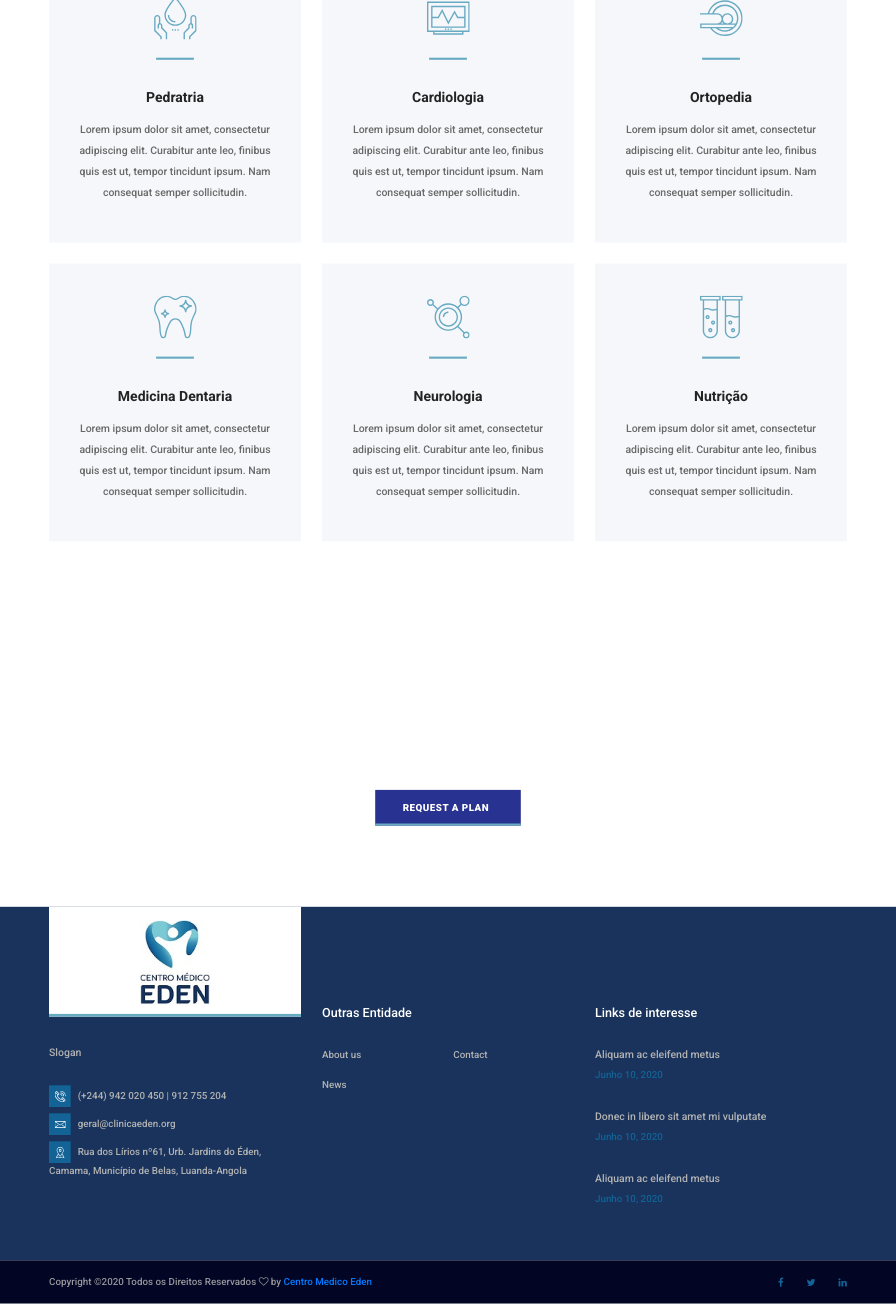
Repository: Nanitamo/centro-medico-eden-webpage
Page: index.html
These files come from the project's save history. The page is drawn as it stood at one moment and after the next save; the edit follows.
The browser window is 1280 px wide. The pictures show the part of the page from y = 2108 to 4028 px (the page is 3971 px tall before and 4028 px after), at 70% of full size.

Above is the page before, as saved 2020-06-18 17:24:50.

### index.html
<!DOCTYPE html>
<html lang="pt">
<head>
<title>Centro Médico Eden</title>
<meta charset="utf-8">
<meta http-equiv="X-UA-Compatible" content="IE=edge">
<meta name="description" content="CareMed demo project">
<meta name="viewport" content="width=device-width, initial-scale=1">
<link rel="stylesheet" type="text/css" href="styles/bootstrap4/bootstrap.min.css">
<link href="plugins/font-awesome-4.7.0/css/font-awesome.min.css" rel="stylesheet" type="text/css">
<link rel="stylesheet" type="text/css" href="plugins/OwlCarousel2-2.2.1/owl.carousel.css">
<link rel="stylesheet" type="text/css" href="plugins/OwlCarousel2-2.2.1/owl.theme.default.css">
<link rel="stylesheet" type="text/css" href="plugins/OwlCarousel2-2.2.1/animate.css">
<link rel="stylesheet" type="text/css" href="styles/main_styles.css">
<link rel="stylesheet" type="text/css" href="styles/responsive.css">
</head>
<body>

<div class="super_container">

	<!-- Header -->

	<header class="header trans_200">

		<!-- Top Bar -->
		<div class="top_bar">
			<div class="container">
				<div class="row">
					<div class="col">
						<div class="top_bar_content d-flex flex-row align-items-center justify-content-start">
							<!-- <div class="top_bar_item"><a href="#">FAQ</a></div>
							<div class="top_bar_item"><a href="#">Request an Appointment</a></div> -->
							<div class="emergencies  d-flex flex-row align-items-center justify-content-start ml-auto">Emergencias: (+244) 942 020 450</div>
						</div>

					</div>
				</div>
			</div>
		</div>

		<!-- Header Content -->
		<div class="header_container">
			<div class="container">
				<div class="row">
					<div class="col">
						<div class="header_content d-flex flex-row align-items-center justify-content-start">
							<nav class="main_nav ml-auto">
								<ul>
									<li><a href="index.html">Home</a></li>
									<li><a href="about.html">Sobre Nos</a></li>
									<li><a href="services.html">Serviços</a></li>
									<li><a href="news.html">News</a></li>
									<li><a href="contact.html">Contactos</a></li>
								</ul>
							</nav>
							<div class="hamburger ml-auto"><i class="fa fa-bars" aria-hidden="true"></i></div>
						</div>
					</div>
				</div>
			</div>
		</div>

		<!-- Logo -->
		<div class="logo_container_outer">
			<div class="container">
				<div class="row">
					<div class="col">
						<div class="logo_container">
							<a href="#">
								<div class="logo_content d-flex flex-column align-items-start justify-content-center">
									<!-- <div class="logo_line"></div>
									<div class="logo d-flex flex-row align-items-center justify-content-center">
										<div class="logo_text">Care<span>Med</span></div>
										<div class="logo_box">+</div>
									</div>
									<div class="logo_sub">Health Care Center</div> -->
									<img src="./images/logo.jpg" alt="Logotipo" >
								</div>
							</a>
						</div>
					</div>
				</div>
			</div>
		</div>

	</header>

	<!-- Menu -->

	<div class="menu_container menu_mm">

		<!-- Menu Close Button -->
		<div class="menu_close_container">
			<div class="menu_close"></div>
		</div>

		<!-- Menu Items -->
		<div class="menu_inner menu_mm">
			<div class="menu menu_mm">
				<ul class="menu_list menu_mm">
					<li class="menu_item menu_mm"><a href="index.html">Home</a></li>
					<li class="menu_item menu_mm"><a href="about.html">Sobre Nos</a></li>
					<li class="menu_item menu_mm"><a href="services.html">Serviços</a></li>
					<li class="menu_item menu_mm"><a href="news.html">News</a></li>
					<li class="menu_item menu_mm"><a href="contact.html">Contactos</a></li>
				</ul>
			</div>
			<div class="menu_extra">
				<div class="menu_appointment"><a href="#">Request an Appointment</a></div>
				<div class="menu_emergencies">Para Emergencias: (+244) 942 020 450</div>
			</div>

		</div>

	</div>

	<!-- Home -->

	<div class="home">
		<div class="home_slider_container">
			<!-- Home Slider -->
			<div class="owl-carousel owl-theme home_slider">

				<!-- Slider Item -->
				<div class="owl-item">
					<div class="home_slider_background" style="background-image:url(images/bg-02.jpg)"></div>
					<div class="home_content">
						<div class="container">
							<div class="row">
								<div class="col">
									<div class="home_content_inner">
										<div class="home_title"><h1>Medicine made with care</h1></div>
										<div class="home_text">
											<p>Lorem ipsum dolor sit amet, consectetur adipiscing elit. Mauris tempus vestibulum mauris quis aliquam. Integer accumsan sodales odio, id tempus velit ullamcorper id. Quisque at erat eu.</p>
										</div>
										<div class="button home_button">
											<a href="#">leia mais</a>
										</div>
									</div>
								</div>
							</div>
						</div>
					</div>
				</div>

				<!-- Slider Item -->
				<div class="owl-item">
					<div class="home_slider_background" style="background-image:url(images/bg-02.jpg)"></div>
					<div class="home_content">
						<div class="container">
							<div class="row">
								<div class="col">
									<div class="home_content_inner">
										<div class="home_title"><h1>Medicine made with care</h1></div>
										<div class="home_text">
											<p>Lorem ipsum dolor sit amet, consectetur adipiscing elit. Mauris tempus vestibulum mauris quis aliquam. Integer accumsan sodales odio, id tempus velit ullamcorper id. Quisque at erat eu.</p>
										</div>
										<div class="button home_button">
											<a href="#">leia Mais</a>
										</div>
									</div>
								</div>
							</div>
						</div>
					</div>
				</div>

				<!-- Slider Item -->
				<div class="owl-item">
					<div class="home_slider_background" style="background-image:url(images/bg-02.jpg)"></div>
					<div class="home_content">
						<div class="container">
							<div class="row">
								<div class="col">
									<div class="home_content_inner">
										<div class="home_title"><h1>Medicine made with care</h1></div>
										<div class="home_text">
											<p>Lorem ipsum dolor sit amet, consectetur adipiscing elit. Mauris tempus vestibulum mauris quis aliquam. Integer accumsan sodales odio, id tempus velit ullamcorper id. Quisque at erat eu.</p>
										</div>
										<div class="button home_button">
											<a href="#">leia Mais</a>
										</div>
									</div>
								</div>
							</div>
						</div>
					</div>
				</div>

			</div>

			<!-- Slider Progress -->
			<div class="home_slider_progress"></div>
		</div>
	</div>

	<!-- 3 Boxes -->

	<div class="boxes">
		<div class="container">
			<div class="row">

				<!-- Box -->
				<div class="col-lg-4 box_col">
					<div class="box working_hours">
						<div class="box_icon d-flex flex-column align-items-start justify-content-center"><div style="width:29px; height:29px;"><img src="images/alarm-clock.svg" alt=""></div></div>
						<div class="box_title">Horário de Atendimento</div>
						<div class="working_hours_list">
							<ul>
								<li class="d-flex flex-row align-items-center justify-content-start">
									<div>Segunda – Sexta-Feira</div>
									<div class="ml-auto">8h00 – 19h00</div>
								</li>
								<li class="d-flex flex-row align-items-center justify-content-start">
									<div>Sábado</div>
									<div class="ml-auto">9h30 – 17h00</div>
								</li>
								<li class="d-flex flex-row align-items-center justify-content-start">
									<div>Domingo</div>
									<div class="ml-auto">9h30 – 15h00</div>
								</li>
							</ul>
						</div>
					</div>
				</div>

				<!-- Box -->
				<!-- <div class="col-lg-4 box_col">
					<div class="box box_appointments">
						<div class="box_icon d-flex flex-column align-items-start justify-content-center"><div style="width: 29px; height:29px;"><img src="images/phone-call.svg" alt=""></div></div>
						<div class="box_title">Appointments</div>
						<div class="box_text">Lorem ipsum dolor sit amet, consectetur adipiscing elit. Curabitur ante leo, finibus quis est ut, tempor tincidunt ipsum. Nam cons equat semper sollicitudin.</div>
					</div>
				</div> -->

				<!-- Box -->
				<div class="col-lg-4 box_col">
					<div class="box box_emergency">
						<div class="box_icon d-flex flex-column align-items-start justify-content-center"><div style="width: 37px; height:37px; margin-left:-4px;"><img src="images/bell.svg" alt=""></div></div>
						<div class="box_title">Contactos de Emergencias</div>
						<div class="box_phone">(+244) 942 020 450</div>
						<div class="box_emergency_text">Lorem ipsum dolor sit amet, consectetur adipiscing elit. Curabitur ante leo.</div>
					</div>
				</div>

			</div>
		</div>
	</div>

	<!-- About -->

	<!-- <div class="about">
		<div class="container">
			<div class="row row-lg-eq-height"> -->

				<!-- About Content -->
				<!-- <div class="col-lg-7">
					<div class="about_content">
						<div class="section_title"><h2>A great medical team to help your needs</h2></div>
						<div class="about_text">
							<p>Lorem ipsum dolor sit amet, consectetur adipiscing elit. Curabitur ante leo, finibus quis est ut, tempor tincidunt ipsum. Nam consequat semper sollicitudin. Aliquam nec dapibus massa. Pellen tesque in luctus ex. Praesent luctus erat sit amet tortor aliquam bibendum. Nulla ut molestie augue, scelerisque consectetur quam. Dolor sit amet, consectetur adipiscing elit. Cura bitur ante leo, finibus quis est ut, tempor tincidunt ipsum. Nam consequat semper sollicitudin. Aliquam nec dapibus massa. Pellentesque in luctus ex.</p>
						</div>
						<div class="button about_button">
							<a href="#">read more</a>
						</div>
					</div>
				</div> -->

				<!-- About Image -->
				<!-- <div class="col-lg-5">
					<div class="about_image"><img src="images/about.png" alt=""></div>
				</div>
			</div>
		</div>
	</div> -->

	<!-- Departments -->

	<div class="departments">
		<div class="departments_background parallax-window" data-parallax="scroll" data-image-src="images/departments.jpg" data-speed="0.8"></div>
		<div class="container">
			<div class="row">
				<div class="col">
					<div class="section_title section_title_light"><h2>Nosso Departamentos</h2></div>
				</div>
			</div>
			<div class="row departments_row row-md-eq-height">

				<!-- Department -->
				<div class="col-lg-3 col-md-6 dept_col">
					<div class="dept">
						<div class="dept_image"><img src="images/dept_1.jpg" alt=""></div>
						<div class="dept_content text-center">
							<div class="dept_title">plastic surgery</div>
							<div class="dept_subtitle">Dr. James Smith</div>
						</div>
					</div>
				</div>

				<!-- Department -->
				<div class="col-lg-3 col-md-6 dept_col">
					<div class="dept">
						<div class="dept_image"><img src="images/dept_2.jpg" alt=""></div>
						<div class="dept_content text-center">
							<div class="dept_title">gastroenterology</div>
							<div class="dept_subtitle">Dr. Gunter Roscoe</div>
						</div>
					</div>
				</div>

				<!-- Department -->
				<div class="col-lg-3 col-md-6 dept_col">
					<div class="dept">
						<div class="dept_image"><img src="images/dept_3.jpg" alt=""></div>
						<div class="dept_content text-center">
							<div class="dept_title">dentistry</div>
							<div class="dept_subtitle">Dr. Maria Williams</div>
						</div>
					</div>
				</div>

				<!-- Department -->
				<div class="col-lg-3 col-md-6 dept_col">
					<div class="dept">
						<div class="dept_text">
							<p>Lorem ipsum dolor sit amet, consectetur adipiscing elit. Curabitur ante leo, finibus quis est ut, tempor tincidunt ipsum. Nam consequat semper sollicitudin. Aliquam nec dap ibus massa. Pellen tesque in luctus ex.</p>
						</div>
						<div class="button dept_button"><a href="#">Leia Mais</a></div>
					</div>
				</div>
			</div>
		</div>
	</div>

	<!-- Services -->

	<div class="services">
		<div class="container">
			<div class="row">
				<div class="col">
					<div class="section_title"><h2>Nossos Serviços</h2></div>
				</div>
			</div>
			<div class="row services_row">

				<!-- Service -->
				<div class="col-lg-4 col-md-6 service_col">
					<a href="services.html">
						<div class="service text-center trans_200">
							<div class="service_icon"><img class="svg" src="images/service_1.svg" alt=""></div>
							<div class="service_title trans_200">Pedratria</div>
							<div class="service_text">
								<p>Lorem ipsum dolor sit amet, consectetur adipiscing elit. Curabitur ante leo, finibus quis est ut, tempor tincidunt ipsum. Nam consequat semper sollicitudin.</p>
							</div>
						</div>
					</a>
				</div>

				<!-- Service -->
				<div class="col-lg-4 col-md-6 service_col">
					<a href="services.html">
						<div class="service text-center trans_200">
							<div class="service_icon"><img class="svg" src="images/service_2.svg" alt=""></div>
							<div class="service_title trans_200">Cardiologia</div>
							<div class="service_text">
								<p>Lorem ipsum dolor sit amet, consectetur adipiscing elit. Curabitur ante leo, finibus quis est ut, tempor tincidunt ipsum. Nam consequat semper sollicitudin.</p>
							</div>
						</div>
					</a>
				</div>

				<!-- Service -->
				<div class="col-lg-4 col-md-6 service_col">
					<a href="services.html">
						<div class="service text-center trans_200">
							<div class="service_icon"><img class="svg" src="images/service_3.svg" alt=""></div>
							<div class="service_title trans_200">Ortopedia</div>
							<div class="service_text">
								<p>Lorem ipsum dolor sit amet, consectetur adipiscing elit. Curabitur ante leo, finibus quis est ut, tempor tincidunt ipsum. Nam consequat semper sollicitudin.</p>
							</div>
						</div>
					</a>
				</div>

				<!-- Service -->
				<div class="col-lg-4 col-md-6 service_col">
					<a href="services.html">
						<div class="service text-center trans_200">
							<div class="service_icon"><img class="svg" src="images/service_4.svg" alt=""></div>
							<div class="service_title trans_200">Medicina Dentaria</div>
							<div class="service_text">
								<p>Lorem ipsum dolor sit amet, consectetur adipiscing elit. Curabitur ante leo, finibus quis est ut, tempor tincidunt ipsum. Nam consequat semper sollicitudin.</p>
							</div>
						</div>
					</a>
				</div>

				<!-- Service -->
				<div class="col-lg-4 col-md-6 service_col">
					<a href="services.html">
						<div class="service text-center trans_200">
							<div class="service_icon"><img class="svg" src="images/service_5.svg" alt=""></div>
							<div class="service_title trans_200">Neurologia</div>
							<div class="service_text">
								<p>Lorem ipsum dolor sit amet, consectetur adipiscing elit. Curabitur ante leo, finibus quis est ut, tempor tincidunt ipsum. Nam consequat semper sollicitudin.</p>
							</div>
						</div>
					</a>
				</div>

				<!-- Service -->
				<div class="col-lg-4 col-md-6 service_col">
					<a href="services.html">
						<div class="service text-center trans_200">
							<div class="service_icon"><img class="svg" src="images/service_6.svg" alt=""></div>
							<div class="service_title trans_200">Nutrição</div>
							<div class="service_text">
								<p>Lorem ipsum dolor sit amet, consectetur adipiscing elit. Curabitur ante leo, finibus quis est ut, tempor tincidunt ipsum. Nam consequat semper sollicitudin.</p>
							</div>
						</div>
					</a>
				</div>
			</div>
		</div>
	</div>

	<!-- Call to action -->

	<div class="cta">
		<div class="cta_background parallax-window" data-parallax="scroll" data-image-src="images/cta.jpg" data-speed="0.8"></div>
		<div class="container">
			<div class="row">
				<div class="col">
					<div class="cta_content text-center">
						<h2>Need a personal health plan?</h2>
						<p>Duis massa massa, mollis vel ullamcorper quis, finibus et urna. Aliquam ac eleifend metus. Ut sollicitudin risus ex</p>
						<div class="button cta_button"><a href="#">request a plan</a></div>
					</div>
				</div>
			</div>
		</div>
	</div>

	<!-- Footer -->

	<footer class="footer">
		<div class="footer_container">
			<div class="container">
				<div class="row">

					<!-- Footer - About -->
					<div class="col-lg-4 footer_col">
						<div class="footer_about">
							<div class="footer_logo_container">
								<a href="#" class="d-flex flex-column align-items-center justify-content-center">
									<!-- <div class="logo_content">
										<div class="logo d-flex flex-row align-items-center justify-content-center">
											<div class="logo_text">Care<span>Med</span></div>
											<div class="logo_box">+</div>
										</div>
										<div class="logo_sub">Health Care Center</div>
									</div> -->
									<img src="./images/logo.jpg" alt="Logotipo">
								</a>
							</div>
							<div class="footer_about_text">
								<p>Slogan</p>
							</div>
							<ul class="footer_about_list">
								<li><div class="footer_about_icon"><img src="images/phone-call.svg" alt=""></div><span>(+244) 942 020 450 | 912 755 204</span></li>
								<li><div class="footer_about_icon"><img src="images/envelope.svg" alt=""></div><span>geral@clinicaeden.org</span></li>
								<li><div class="footer_about_icon"><img src="images/placeholder.svg" alt=""></div><span>Rua dos Lírios nº61, Urb. Jardins do Éden, Camama, Município de Belas, Luanda-Angola</span></li>
							</ul>
						</div>
					</div>

					<!-- Footer - Links -->
					<div class="col-lg-4 footer_col">
						<div class="footer_links footer_column">
							<div class="footer_title">Outras Entidade</div>
							<ul>
								<!-- <li><a href="#">Testimonials</a></li>
								<li><a href="#">FAQ</a></li>
								<li><a href="#">Apply for a Job</a></li>
								<li><a href="#">Terms & Conditions</a></li>
								<li><a href="#">Our Partners</a></li>
								<li><a href="#">Services</a></li>-->
								<li><a href="#">About us</a></li>
								<li><a href="#">News</a></li>
								<li><a href="#">Contact</a></li>

							</ul>
						</div>
					</div>

					<!-- Footer - News -->
					<div class="col-lg-4 footer_col">
						<div class="footer_news footer_column">
							<div class="footer_title">Links de interesse </div>
							<ul>
								<li>
									<div class="footer_news_title"><a href="news.html">Aliquam ac eleifend metus</a></div>
									<div class="footer_news_date">Junho 10, 2020</div>
								</li>
								<li>
									<div class="footer_news_title"><a href="news.html">Donec in libero sit amet mi vulputate</a></div>
									<div class="footer_news_date">Junho 10, 2020</div>
								</li>
								<li>
									<div class="footer_news_title"><a href="news.html">Aliquam ac eleifend metus</a></div>
									<div class="footer_news_date">Junho 10, 2020</div>
								</li>
							</ul>
						</div>
					</div>
				</div>
			</div>
		</div>
		<div class="copyright">
			<div class="container">
				<div class="row">
					<div class="col">
						<div class="copyright_content d-flex flex-lg-row flex-column align-items-lg-center justify-content-start">
							<div class="cr"><!-- Link back to Colorlib can't be removed. Template is licensed under CC BY 3.0. -->
						Copyright &copy;<script>document.write(new Date().getFullYear());</script> Todos os Direitos Reservados <i class="fa fa-heart-o" aria-hidden="true"></i> by <a href="" target="_blank">Centro Medico Eden</a>
<!-- Link back to Colorlib can't be removed. Template is licensed under CC BY 3.0. --></div>
							<div class="footer_social ml-lg-auto">
								<ul>
									<!-- <li><a href="#"><i class="fa fa-pinterest" aria-hidden="true"></i></a></li> -->
									<li><a href="#"><i class="fa fa-facebook" aria-hidden="true"></i></a></li>
									<li><a href="#"><i class="fa fa-twitter" aria-hidden="true"></i></a></li>
									<!-- <li><a href="#"><i class="fa fa-dribbble" aria-hidden="true"></i></a></li>
									<li><a href="#"><i class="fa fa-behance" aria-hidden="true"></i></a></li> -->
									<li><a href="#"><i class="fa fa-linkedin" aria-hidden="true"></i></a></li>
								</ul>
							</div>
						</div>
					</div>
				</div>
			</div>
		</div>
	</footer>
</div>

<script src="js/jquery-3.2.1.min.js"></script>
<script src="styles/bootstrap4/popper.js"></script>
<script src="styles/bootstrap4/bootstrap.min.js"></script>
<script src="plugins/OwlCarousel2-2.2.1/owl.carousel.js"></script>
<script src="plugins/easing/easing.js"></script>
<script src="plugins/parallax-js-master/parallax.min.js"></script>
<script src="js/custom.js"></script>
</body>
</html>

Loaded but not shown: styles/bootstrap4/bootstrap.min.css (library); plugins/font-awesome-4.7.0/css/font-awesome.min.css (library); plugins/OwlCarousel2-2.2.1/owl.carousel.css (library); plugins/OwlCarousel2-2.2.1/owl.theme.default.css (common file); plugins/OwlCarousel2-2.2.1/animate.css (library); js/jquery-3.2.1.min.js (library); styles/bootstrap4/popper.js (library); styles/bootstrap4/bootstrap.min.js (library); plugins/OwlCarousel2-2.2.1/owl.carousel.js (library); plugins/easing/easing.js (library); plugins/parallax-js-master/parallax.min.js (library); js/custom.js (204 lines, source omitted); styles/main_styles.css (1312 lines, source omitted); styles/responsive.css (427 lines, source omitted)

After the next save:
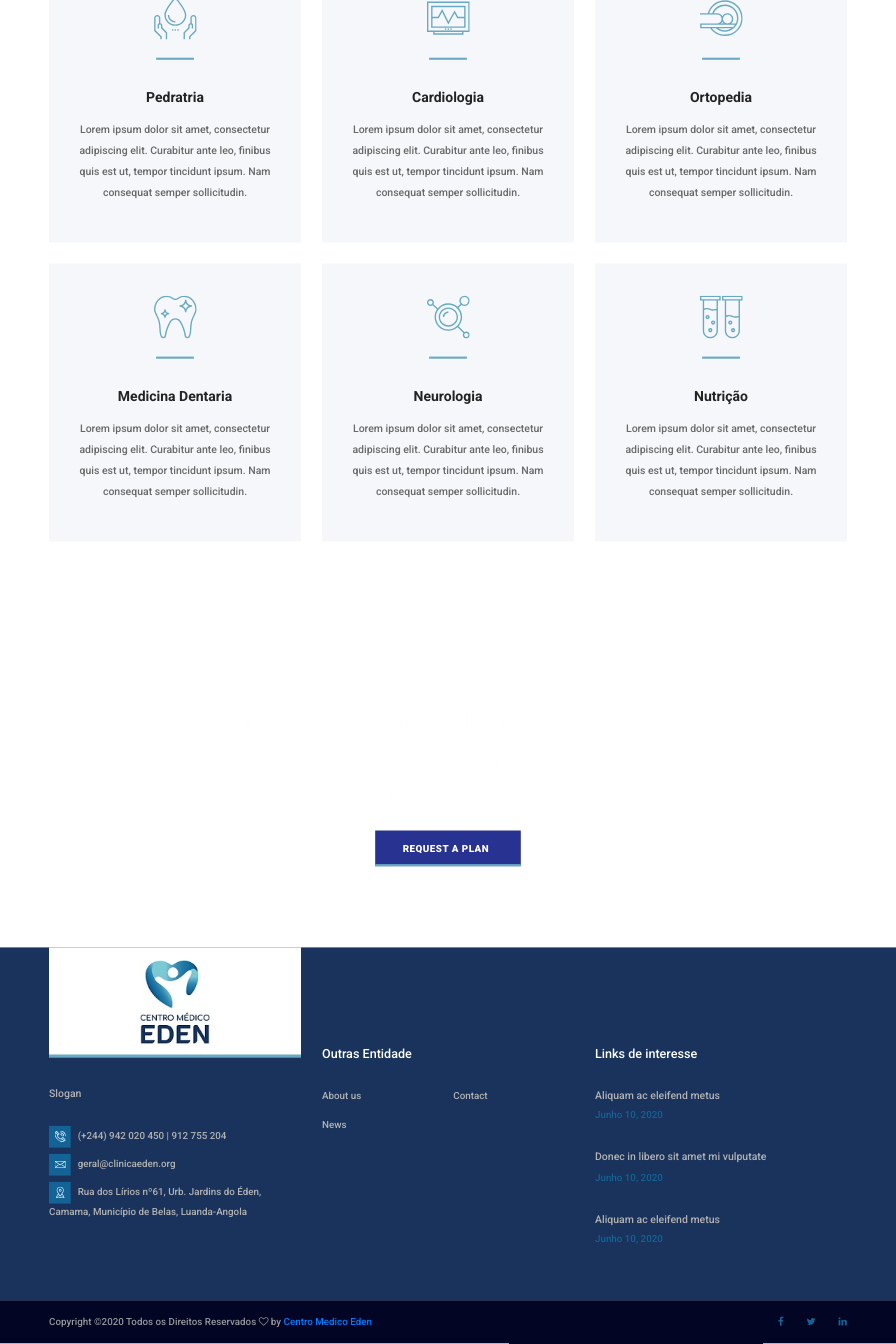
Saved 55 s later.
--- a/index.html
+++ b/index.html
@@ -432,7 +432,7 @@
 			<div class="row">
 				<div class="col">
 					<div class="cta_content text-center">
-						<h2>Need a personal health plan?</h2>
+						<h2>Precisa de um plano de saúde pessoal?</h2>
 						<p>Duis massa massa, mollis vel ullamcorper quis, finibus et urna. Aliquam ac eleifend metus. Ut sollicitudin risus ex</p>
 						<div class="button cta_button"><a href="#">request a plan</a></div>
 					</div>
